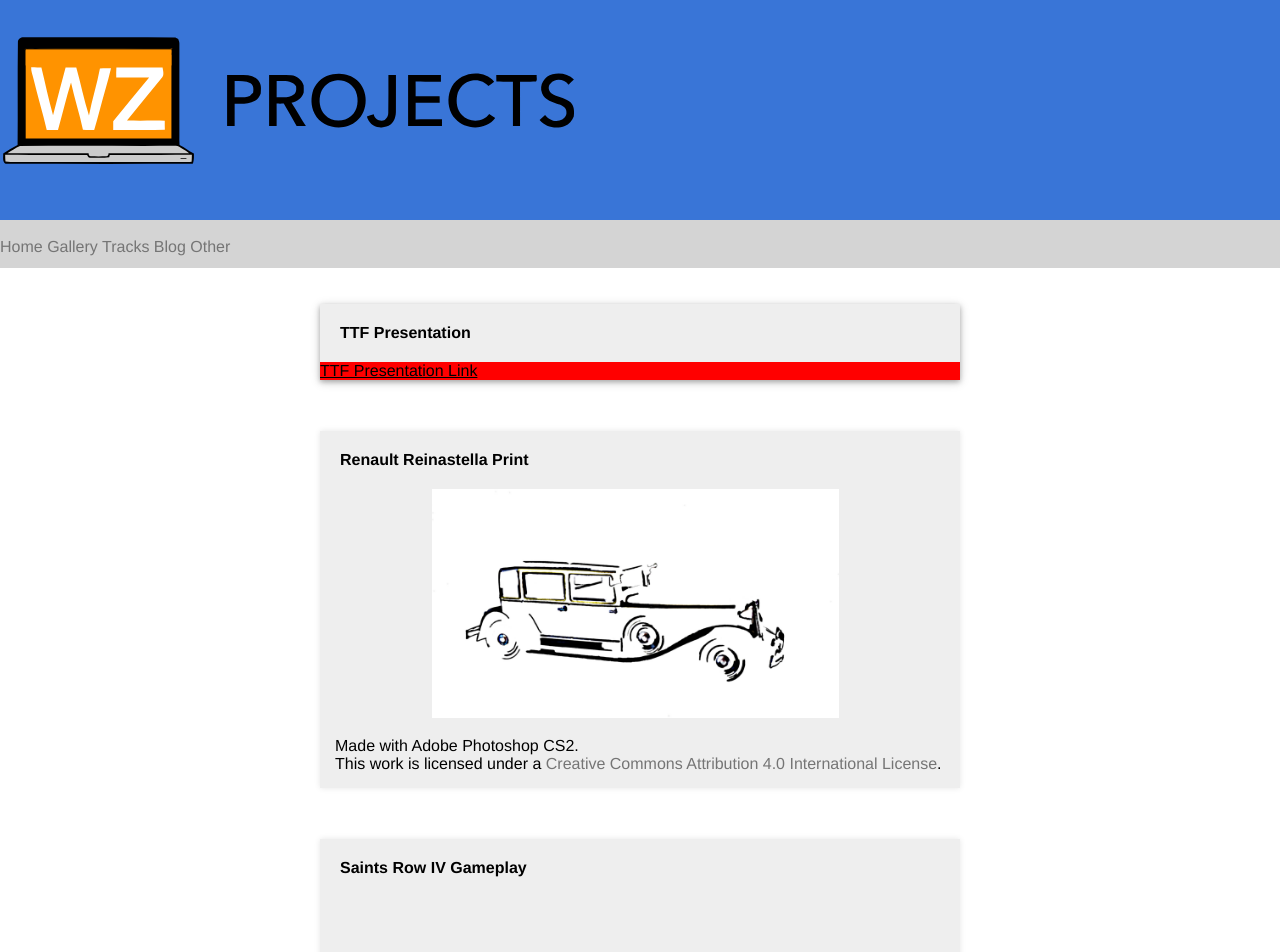
Repository: willzhang05/willzhang05.github.io-old
Page: newmenu.html
The author's editor kept a record of every edit. The page is drawn from the files as they stood at one moment, then again after the next edit.
The browser window is 1280 px wide. The pictures show the part of the page from y = 0 to 952 px (the page is 2357 px tall).
The pointer rests on the first visible `.source`.
Pictures or frames that could not be fetched are drawn as grey boxes.

Above is the page before.

After the next edit:
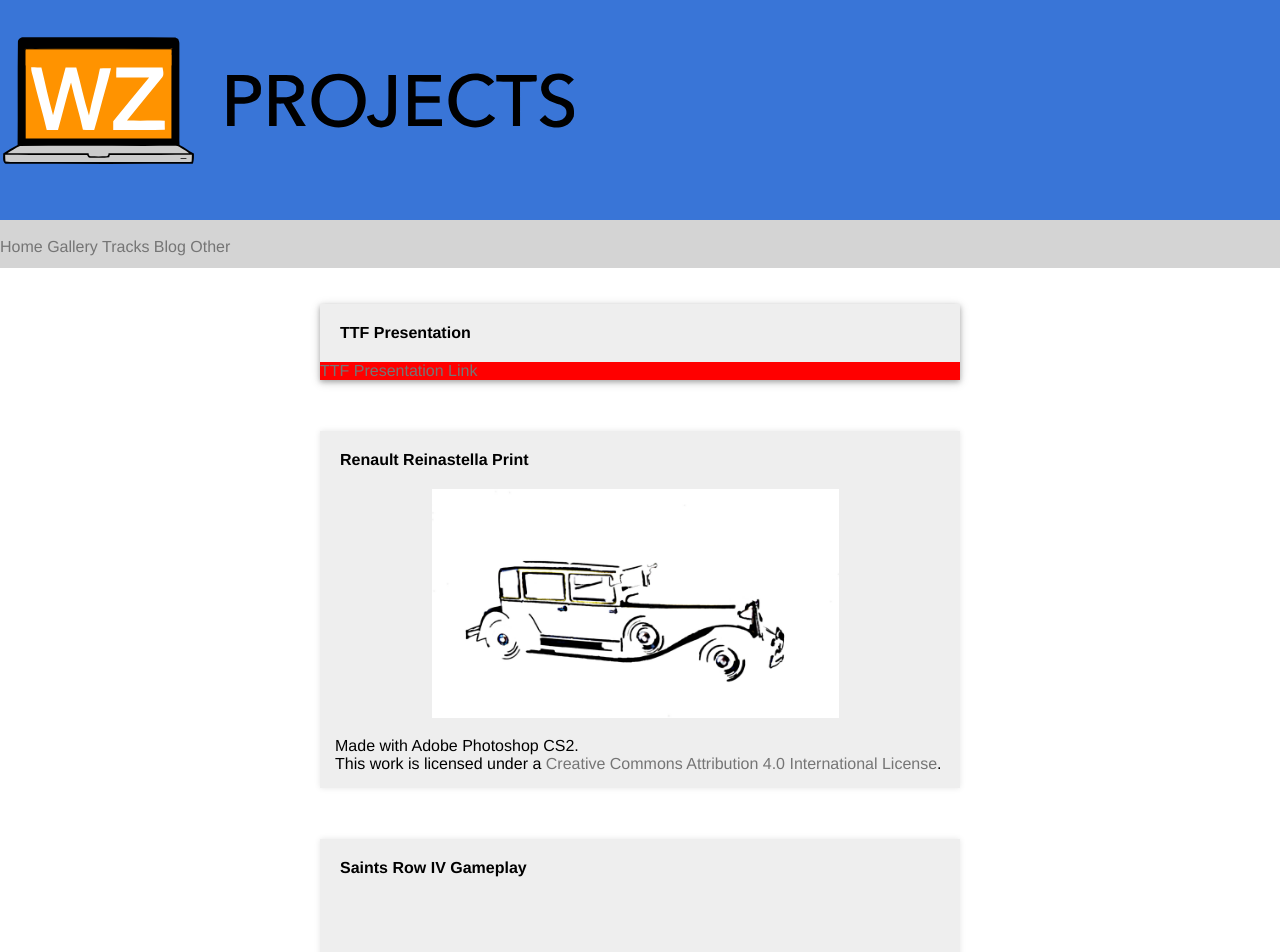
The edit:
--- a/main-style.css
+++ b/main-style.css
@@ -208,11 +208,6 @@
 	text-align: center;
 }
 
-.source:hover {
-	color: black;
-	text-decoration: underline;
-}
-
 .test {
 	color: black;
 	/*Test ideas here*/

After the edit that followed:
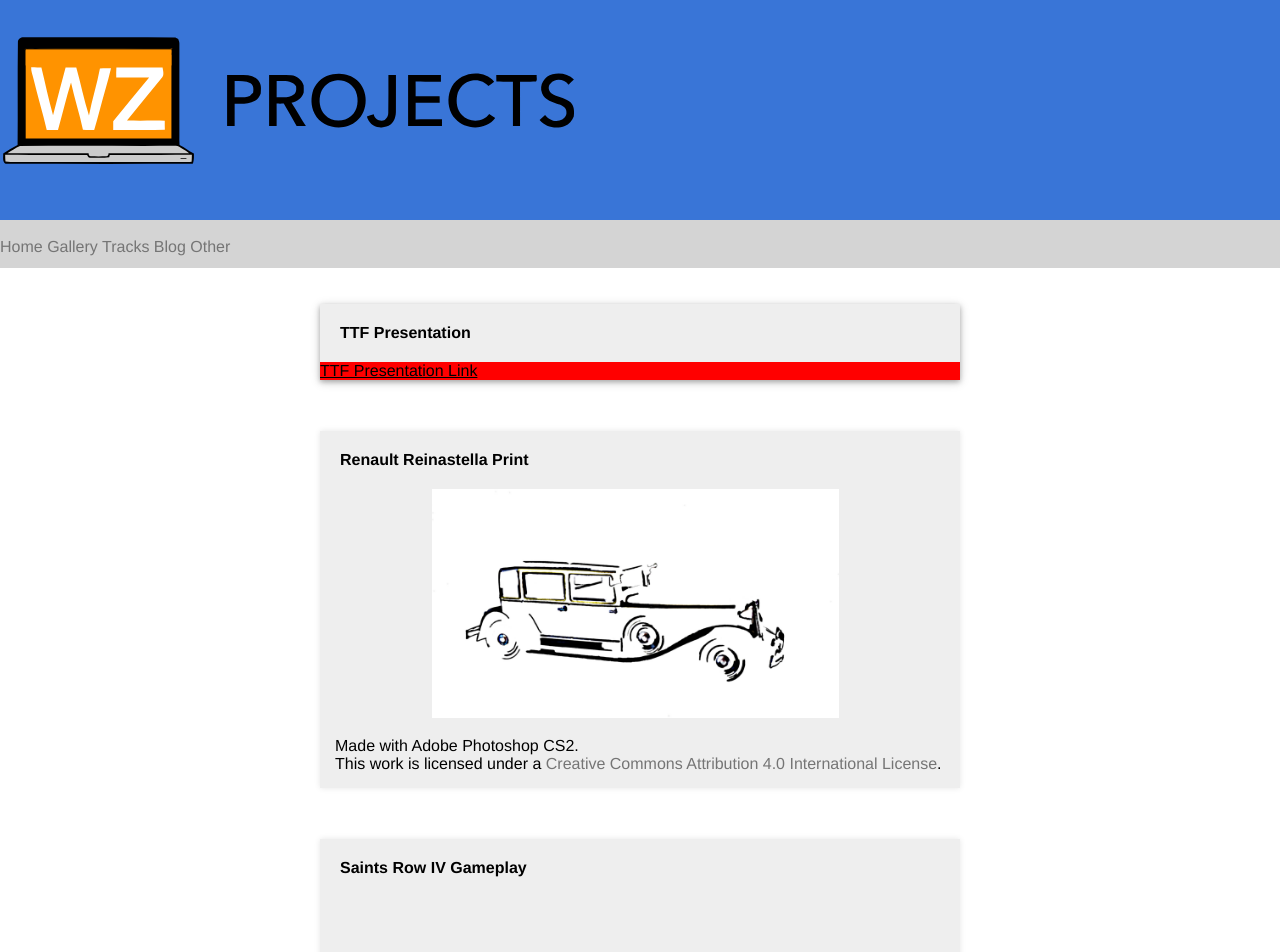
The edit:
--- a/main-style.css
+++ b/main-style.css
@@ -56,6 +56,11 @@
 	font-weight: bold;
 }
 
+.source:hover {
+	color: black;
+	text-decoration: underline;
+}
+
 h1 {
 	font-size: 16px;
 	margin: 5px;
